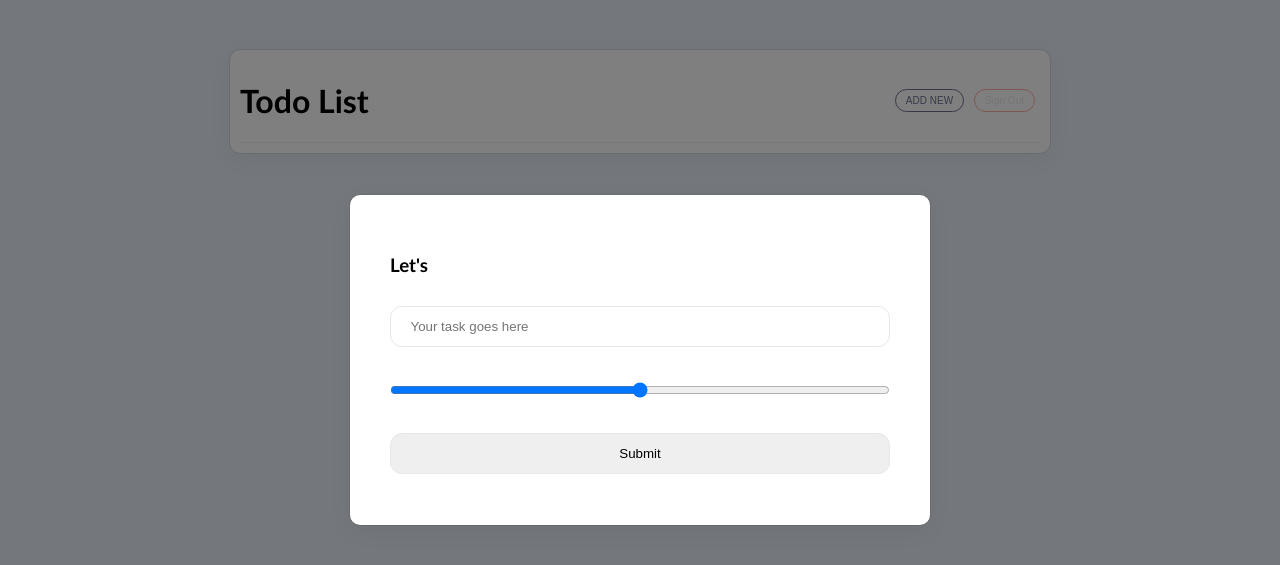
Repository: mosesvk/_todo
Page: / (app in client/)
These files come from the project's save history. The page is drawn as it stood at one moment and after the next save; the edit follows.
The browser window is 1280 px wide. The pictures show the whole page.
The page's requests for data from a server got no answer. The project was rebuilt for these pictures with package versions that can differ from the ones it lists, and the page was loaded fresh each time. No one was signed in, and anything a server would have sent is missing. Also part of the build but not shown: client/vite.config.js, client/src/components/ProgressBar.jsx, client/src/components/ListItem.jsx. Imported but missing from the stored project, and not drawn on this page: client/src/components/TickIcon.

Above is the page before, as saved 2023-05-01 23:54:53.

After the next save:
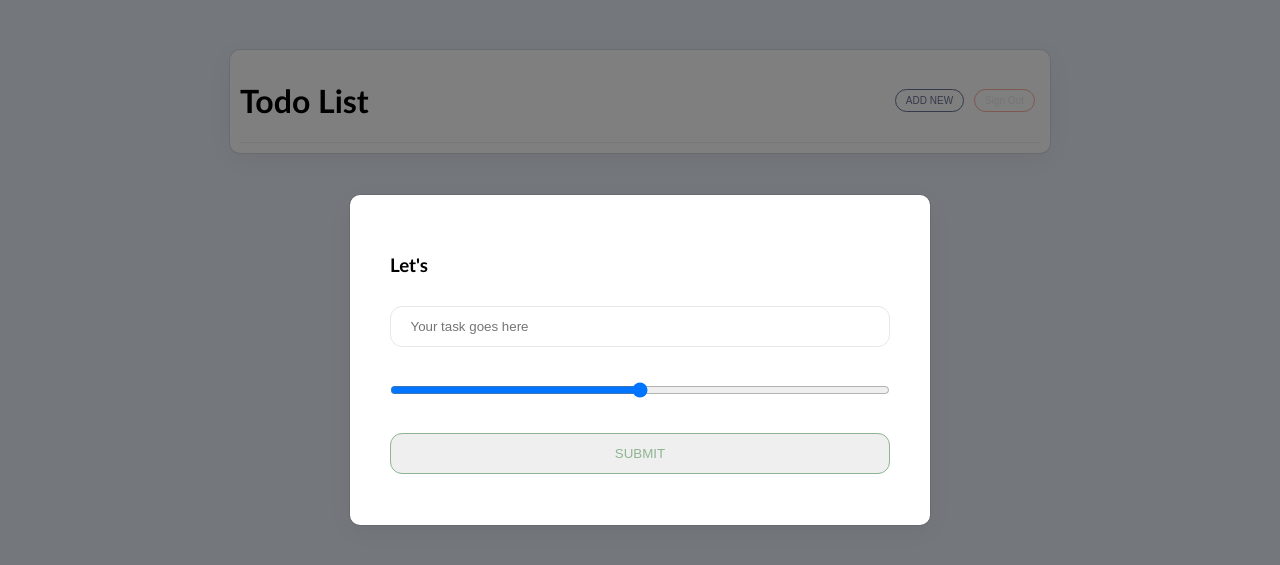
Saved 22 h 33 min later.
--- a/client/src/components/Modal.jsx
+++ b/client/src/components/Modal.jsx
@@ -31,7 +31,7 @@ const Modal = () => {
          value={''}
          onChange={handleChange}
         />
-        <input type='submit' />
+        <input className='edit' type='submit' />
       </form>
       </div>
 
